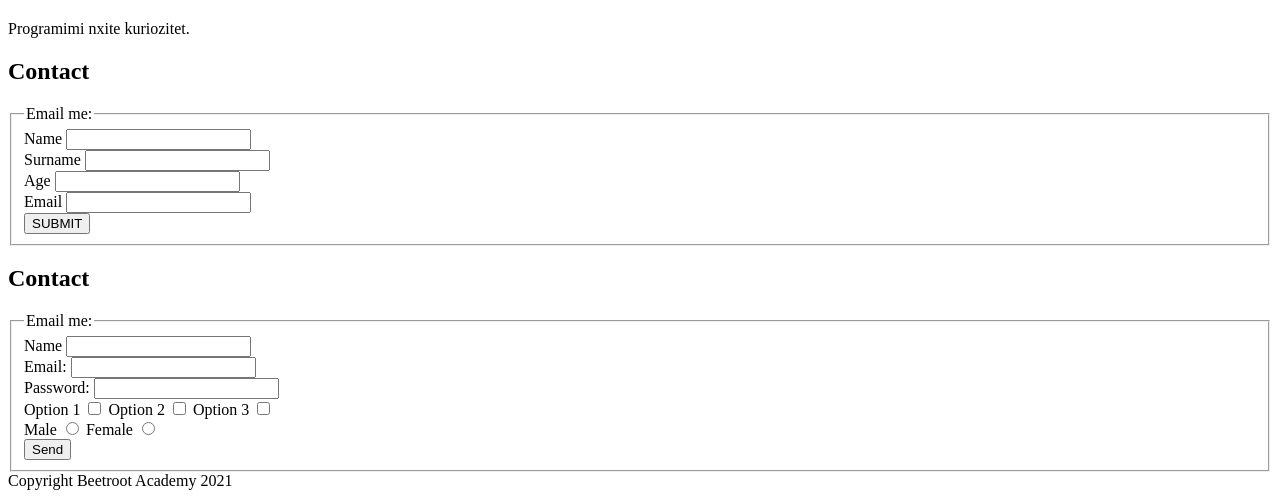
Repository: lendk/beetroot-fe-g1
Page: 02/index.html
The author's editor kept a copy of each file at every save. The page is drawn from the files as they stood at one save, then again after the next save.
The browser window is 1280 px wide. The pictures show the part of the page from y = 1471 to 1969 px (the page is 1969 px tall).

Above is the page before, as saved 2021-01-16 10:54:02.

After the next save:
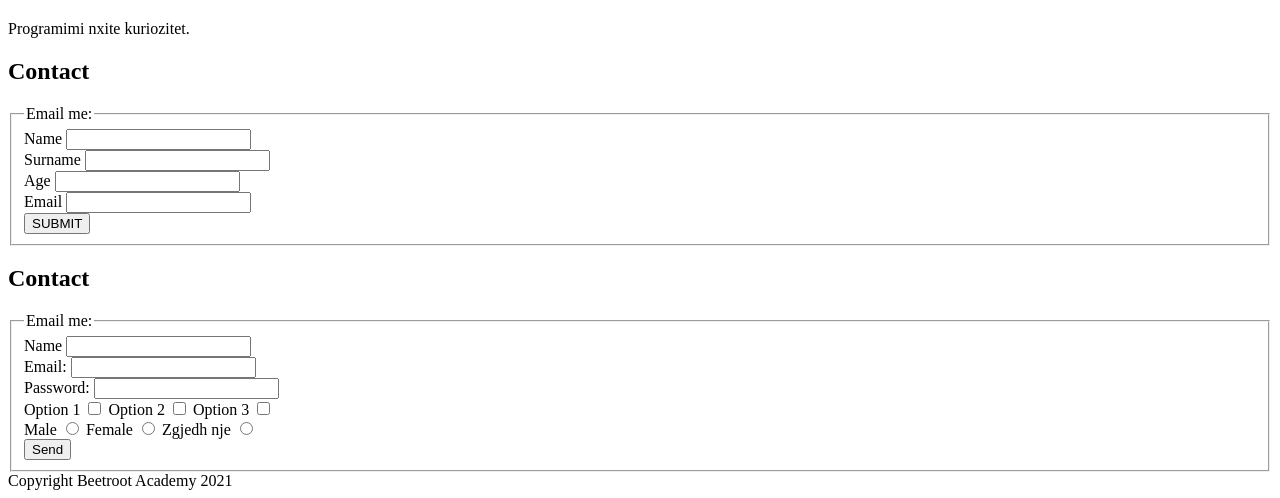
Saved 2 min 4 s later.
--- a/02/index.html
+++ b/02/index.html
@@ -102,6 +102,9 @@
           <input type="radio" id="inputMale" name="gender">
           <label for="inputFemale">Female</label>
           <input type="radio" id="inputFemale" name="gender">
+
+          <label for="">Zgjedh nje</label>
+          <input type="radio" id="test-1" name="">
           <br>
           <input type="submit" value="Send">
         </fieldset>
